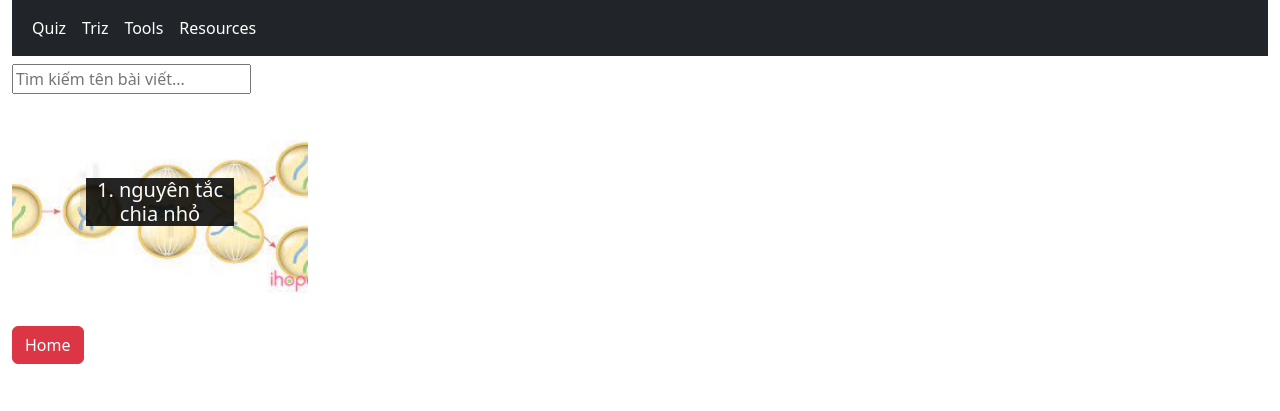
Repository: tran-thien-nhan/quiz_tlln
Page: triz_blog.html
These files come from the project's save history. The page is drawn as it stood at one moment and after the next save; the edit follows.
The browser window is 1280 px wide. The pictures show the whole page.

Above is the page before, as saved 2023-06-26 18:50:38.

### triz_blog.html
<!DOCTYPE html>
<html>

<head>
    <title>TLLN QUIZ</title>
    <link rel="stylesheet" href="https://cdn.jsdelivr.net/npm/bootstrap@5.3.0/dist/css/bootstrap.min.css">
    <style>
        .thumbnail-container {
            position: relative;
            width: 100%;
            height: 200px;
            /* Cập nhật chiều cao ở đây */
            overflow: hidden;
        }

        .thumbnail {
            opacity: 0.7;
            transition: opacity 0.3s ease;
            width: 100%;
            height: 100%;
            object-fit: cover;
        }

        .thumbnail:hover {
            opacity: 1;
        }

        .title {
            position: absolute;
            top: 50%;
            left: 50%;
            transform: translate(-50%, -50%);
            color: white;
            background-color: black;
            opacity: 0.85;
            font-size: 20px;
            text-align: center;
            width: fit-content;
        }
    </style>
</head>

<body>
    <div class="container-fluid">
        <!-- phần menu -->
        <nav class="navbar navbar-expand-sm bg-dark navbar-dark text-white">
            <div class="container-fluid">
                <ul class="navbar-nav">
                    <li class="nav-item">
                        <a class="nav-link active" href="index.html">Quiz</a>
                    </li>
                    <li class="nav-item">
                        <a class="nav-link text-white" href="triz_blog.html">Triz</a>
                    </li>
                    <li class="nav-item">
                        <a class="nav-link text-white" href="tools.html">Tools</a>
                    </li>
                    <li class="nav-item">
                        <a class="nav-link text-white" href="resources_blog.html">Resources</a>
                    </li>
                </ul>
            </div>
        </nav>
        <!-- end phần menu -->

        <!-- phần tìm kiếm bài viết -->
        <input class="mt-2" style="align-items: center;" type="text" id="searchInput"
            placeholder="Tìm kiếm tên bài viết...">
        <!-- end phần tìm kiếm bài viết -->

        <div class="row mt-2" id="content">
            <!-- Đây là nơi sẽ chứa các bài viết -->
        </div>
    </div>
    <br>
    <a href="index.html" class="btn btn-danger" style="margin-left: 0.75rem;">Home</a>

    <script src="https://cdn.jsdelivr.net/npm/bootstrap@5.3.0/dist/js/bootstrap.bundle.min.js"></script>
    <script>
        document.addEventListener("DOMContentLoaded", function () {
            // Lấy dữ liệu từ file JSON
            fetch('triz.json')
                .then(response => response.json())
                .then(data => {
                    const items = data.items;
                    const contentElement = document.getElementById('content');

                    // Tạo các phần tử HTML dựa trên dữ liệu từ file JSON
                    items.forEach(item => {
                        const divElement = document.createElement('div');
                        divElement.className = 'col-md-3';

                        const aElement = document.createElement('a');
                        aElement.href = item.google_drive_link;
                        aElement.target = '_blank';

                        const thumbnailContainerElement = document.createElement('div');
                        thumbnailContainerElement.className = 'thumbnail-container';

                        const imgElement = document.createElement('img');
                        imgElement.src = item.image_link;
                        imgElement.className = 'thumbnail img-fluid';
                        imgElement.alt = 'Image';

                        const h5Element = document.createElement('h5');
                        h5Element.className = 'title';
                        h5Element.textContent = item.title;

                        // Gắn các phần tử vào DOM
                        thumbnailContainerElement.appendChild(imgElement);
                        thumbnailContainerElement.appendChild(h5Element);
                        aElement.appendChild(thumbnailContainerElement);
                        divElement.appendChild(aElement);
                        contentElement.appendChild(divElement);
                    });
                })
                .catch(error => {
                    console.error('Error:', error);
                });

            // Lấy các phần tử cần sử dụng
            var searchInput = document.getElementById("searchInput");
            var thumbnailContainers = document.getElementsByClassName("thumbnail-container");

            // Xử lý sự kiện tìm kiếm khi thay đổi giá trị trong ô input
            searchInput.addEventListener("input", function () {
                var searchTerm = searchInput.value.toLowerCase();
                performSearch(searchTerm);
            });

            // Hàm thực hiện tìm kiếm và ẩn hiện các sách dựa trên kết quả tìm kiếm
            function performSearch(searchTerm) {
                for (var i = 0; i < thumbnailContainers.length; i++) {
                    var titleElement = thumbnailContainers[i].querySelector(".title");
                    var title = titleElement.textContent.toLowerCase();
                    if (title.includes(searchTerm)) {
                        thumbnailContainers[i].style.display = "block";
                    } else {
                        thumbnailContainers[i].style.display = "none";
                    }
                }
            }
        });
    </script>


</body>

</html>

### triz.json
{
    "items": [
        {
            "google_drive_link": "https://docs.google.com/document/d/1RPN-BU23mwmHb9AXnYhgOgWAVefog4oQ-pl6X0VnIqs/edit?usp=sharing",
            "image_link": "img/triz/chia_nho.jfif",
            "title": "1. nguyên tắc chia nhỏ"
        }
    ]
}

After the next save:
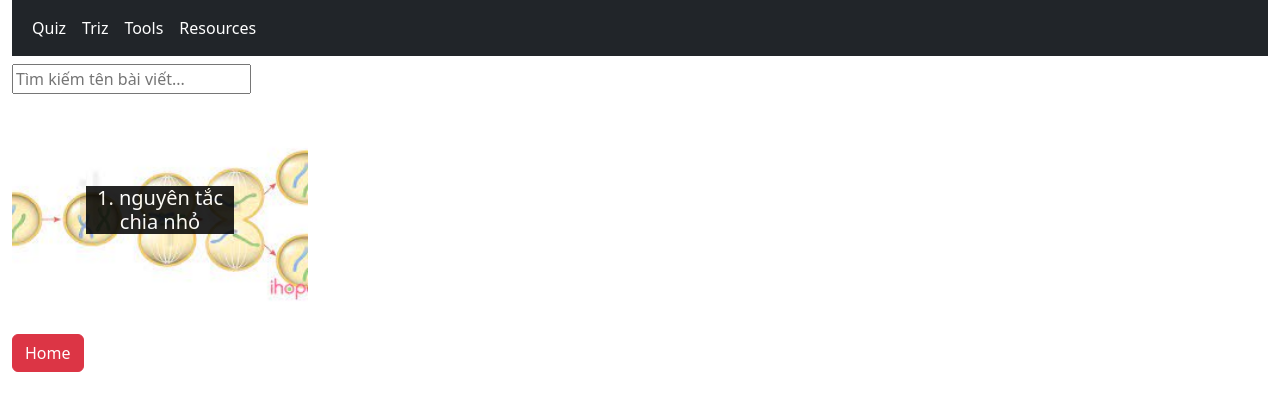
Saved 30 s later.
--- a/triz_blog.html
+++ b/triz_blog.html
@@ -88,7 +88,7 @@
                     // Tạo các phần tử HTML dựa trên dữ liệu từ file JSON
                     items.forEach(item => {
                         const divElement = document.createElement('div');
-                        divElement.className = 'col-md-3';
+                        divElement.className = 'col-md-3 mt-2';
 
                         const aElement = document.createElement('a');
                         aElement.href = item.google_drive_link;
